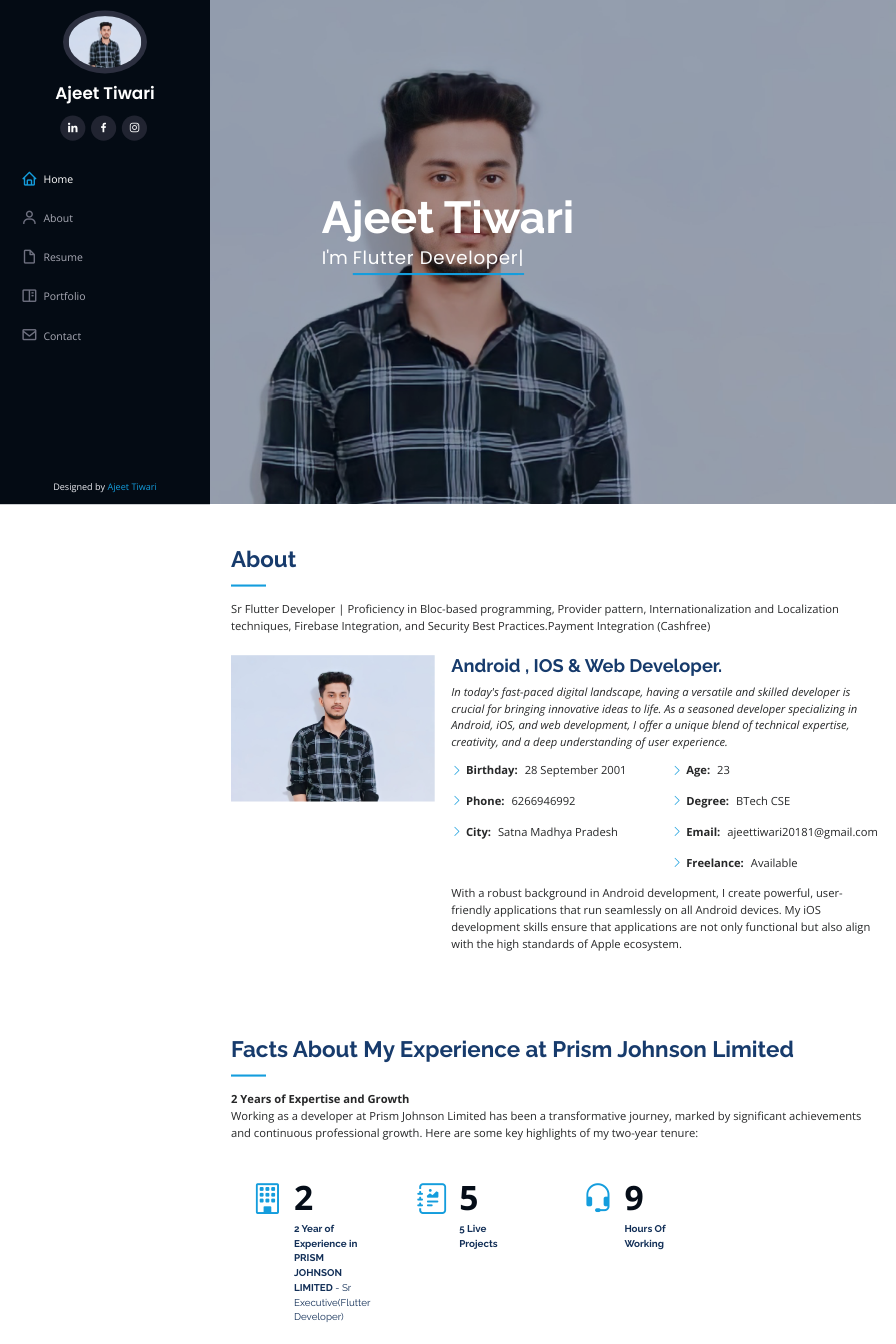
Repository: ajeettiwari-2809/iPortfolio
Page: index.html
These files come from the project's save history. The page is drawn as it stood at one moment and after the next save; the edit follows.
The browser window is 1280 px wide. The pictures show the part of the page from y = 0 to 1920 px (the page is 5395 px tall), at 70% of full size.
A picture or video elsewhere on the page could not be fetched, so the positions and the page height are approximate. Backgrounds fixed to the window are drawn as part of the page.

Above is the page before, as saved 2024-06-05 15:25:12.

### index.html
<!DOCTYPE html>
<html lang="en">

<head>
  <meta charset="utf-8">
  <meta content="width=device-width, initial-scale=1.0" name="viewport">

  <title>myportfolio</title>
  <meta content="" name="description">
  <meta content="" name="keywords">

  <!-- Favicons -->


  <!-- Google Fonts -->
  <link href="https://fonts.googleapis.com/css?family=Open+Sans:300,300i,400,400i,600,600i,700,700i|Raleway:300,300i,400,400i,500,500i,600,600i,700,700i|Poppins:300,300i,400,400i,500,500i,600,600i,700,700i" rel="stylesheet">

  <!-- Vendor CSS Files -->
  <link href="assets/vendor/aos/aos.css" rel="stylesheet">
  <link href="assets/vendor/bootstrap/css/bootstrap.min.css" rel="stylesheet">
  <link href="assets/vendor/bootstrap-icons/bootstrap-icons.css" rel="stylesheet">
  <link href="assets/vendor/boxicons/css/boxicons.min.css" rel="stylesheet">
  <link href="assets/vendor/glightbox/css/glightbox.min.css" rel="stylesheet">
  <link href="assets/vendor/swiper/swiper-bundle.min.css" rel="stylesheet">

  <!-- Template Main CSS File -->
  <link href="assets/css/style.css" rel="stylesheet">

  <!-- =======================================================
  * Template Name: iPortfolio
  * Template URL: https://bootstrapmade.com/iportfolio-bootstrap-portfolio-websites-template/
  * Updated: Mar 17 2024 with Bootstrap v5.3.3
  * Author: BootstrapMade.com
  * License: https://bootstrapmade.com/license/
  ======================================================== -->
</head>

<body>

  <!-- ======= Mobile nav toggle button ======= -->
  <i class="bi bi-list mobile-nav-toggle d-xl-none"></i>

  <!-- ======= Header ======= -->
  <header id="header">
    <div class="d-flex flex-column">

      <div class="profile">
        <img src="assets/img/ajeetimage.png" alt="" class="img-fluid rounded-circle">
        <h1 class="text-light"><a href="index.html">Ajeet Tiwari</a></h1>
        <div class="social-links mt-3 text-center">
          <a href="https://www.linkedin.com/in/ajeet-tiwari-01905920b?utm_source=share&utm_campaign=share_via&utm_content=profile&utm_medium=ios_app" class="linkedin"><i class="bx bxl-linkedin"></i></a>
          <a href="https://www.facebook.com/share/cY1Q29HqS226Du95/?mibextid=LQQJ4d" class="facebook"><i class="bx bxl-facebook"></i></a>
          <a href="https://www.instagram.com/ajeettiwari____?igsh=a3J4eXc4cG4yYWhu&utm_source=qr" class="instagram"><i class="bx bxl-instagram"></i></a>




        </div>
      </div>

      <nav id="navbar" class="nav-menu navbar">
        <ul>
          <li><a href="#hero" class="nav-link scrollto active"><i class="bx bx-home"></i> <span>Home</span></a></li>
          <li><a href="#about" class="nav-link scrollto"><i class="bx bx-user"></i> <span>About</span></a></li>
          <li><a href="#resume" class="nav-link scrollto"><i class="bx bx-file-blank"></i> <span>Resume</span></a></li>
          <li><a href="#portfolio" class="nav-link scrollto"><i class="bx bx-book-content"></i> <span>Portfolio</span></a></li>
          <!-- <li><a href="#services" class="nav-link scrollto"><i class="bx bx-server"></i> <span>Services</span></a></li> -->
          <li><a href="#contact" class="nav-link scrollto"><i class="bx bx-envelope"></i> <span>Contact</span></a></li>
        </ul>
      </nav><!-- .nav-menu -->
    </div>
  </header><!-- End Header -->

  <!-- ======= Hero Section ======= -->
  <section id="hero" class="d-flex flex-column justify-content-center align-items-center" style="background-image: url(assets/img/ajeetimage.png);">
    <div class="hero-container" data-aos="fade-in">
      <h1>Ajeet Tiwari</h1>
      <p>I'm <span class="typed" data-typed-items="Sr. Executive, Flutter Developer, Freelancer, Web Developer"></span></p>
    </div>


  </section><!-- End Hero -->

  <main id="main">

    <!-- ======= About Section ======= -->
    <section id="about" class="about">
      <div class="container">

        <div class="section-title">
          <h2>About</h2>
          <p>Sr Flutter Developer | Proficiency in Bloc-based programming, Provider pattern, Internationalization and Localization techniques, Firebase Integration, and Security Best Practices.Payment Integration (Cashfree)</p>
        </div>

        <div class="row">
          <div class="col-lg-4" data-aos="fade-right">
            <img src="assets/img/ajeetimage.png" class="img-fluid" alt="">
          </div>
          <div class="col-lg-8 pt-4 pt-lg-0 content" data-aos="fade-left">
            <h3>Android , IOS &amp; Web Developer.</h3>
            <p class="fst-italic">
              In today's fast-paced digital landscape, having a versatile and skilled developer is crucial for bringing innovative ideas to life. As a seasoned developer specializing in Android, iOS, and web development, I offer a unique blend of technical expertise, creativity, and a deep understanding of user experience.
            </p>
            <div class="row">
              <div class="col-lg-6">
                <ul>
                  <li><i class="bi bi-chevron-right"></i> <strong>Birthday:</strong> <span>28 September 2001</span></li>

                  <li><i class="bi bi-chevron-right"></i> <strong>Phone:</strong> <span>6266946992</span></li>
                  <li><i class="bi bi-chevron-right"></i> <strong>City:</strong> <span>Satna Madhya Pradesh</span></li>
                </ul>
              </div>
              <div class="col-lg-6">
                <ul>
                  <li><i class="bi bi-chevron-right"></i> <strong>Age:</strong> <span>23</span></li>
                  <li><i class="bi bi-chevron-right"></i> <strong>Degree:</strong> <span>BTech CSE</span></li>
                  <li><i class="bi bi-chevron-right"></i> <strong>Email:</strong> <span>ajeettiwari20181@gmail.com</span></li>
                  <li><i class="bi bi-chevron-right"></i> <strong>Freelance:</strong> <span>Available</span></li>
                </ul>
              </div>
            </div>
            <p>
              With a robust background in Android development, I create powerful, user-friendly applications that run seamlessly on all Android devices.

            My iOS development skills ensure that applications are not only functional but also align with the high standards of Apple ecosystem.
            </p>
          </div>
        </div>

      </div>
    </section><!-- End About Section -->

    <!-- ======= Facts Section ======= -->
    <section id="facts" class="facts">
      <div class="container">

        <div class="section-title">
          <h2>Facts About My Experience at Prism Johnson Limited
          </h2>
          <b>2 Years of Expertise and Growth</b>
          <p>Working as a developer at Prism Johnson Limited has been a transformative journey, marked by significant achievements and continuous professional growth. Here are some key highlights of my two-year tenure:</p>
        </div>

        <div class="row no-gutters">

          <div class="col-lg-3 col-md-6 d-md-flex align-items-md-stretch" data-aos="fade-up">
            <div class="count-box">
              <i class="bi bi-building"></i>
 <span data-purecounter-start="0" data-purecounter-end="2 " data-purecounter-duration="1" class="purecounter"></span>
              <p><strong>2 Year of Experience in PRISM JOHNSON LIMITED</strong>  - Sr Executive(Flutter Developer)</p>
            </div>
          </div>

          <div class="col-lg-3 col-md-6 d-md-flex align-items-md-stretch" data-aos="fade-up" data-aos-delay="100">
            <div class="count-box">
              <i class="bi bi-journal-richtext"></i>
              <span data-purecounter-start="0" data-purecounter-end="5" data-purecounter-duration="1" class="purecounter"></span>
              <p><strong>5 Live  Projects</strong></p>
            </div>
          </div>

          <div class="col-lg-3 col-md-6 d-md-flex align-items-md-stretch" data-aos="fade-up" data-aos-delay="200">
            <div class="count-box">
              <i class="bi bi-headset"></i>
              <span data-purecounter-start="0" data-purecounter-end="9" data-purecounter-duration="1" class="purecounter"></span>
              <p><strong>Hours Of Working</strong> </p>
            </div>
          </div>



        </div>

      </div>
    </section><!-- End Facts Section -->

    <!-- ======= Skills Section ======= -->
    <section id="skills" class="skills section-bg">
      <div class="container">

        <div class="section-title">
          <h2>Comprehensive Skill Set: Your Go-To Developer for Android, iOS, and Web Solutions</h2>
          <b>Mastering the Art of Development</b>
          <p>In the dynamic field of technology, having a diverse and robust skill set is essential to stay ahead of the curve. With a solid foundation and continuous learning, I have developed a comprehensive range of skills across Android, iOS, and web development. Here’s a detailed look at my key competencies:</p>
        </div>

        <div class="row skills-content">

          <div class="col-lg-6" data-aos="fade-up">

            <div class="progress">
              <span class="skill">FLUTTER & DART   <i class="val">100%</i></span>
              <div class="progress-bar-wrap">
                <div class="progress-bar" role="progressbar" aria-valuenow="100" aria-valuemin="0" aria-valuemax="100"></div>
              </div>
            </div>

            <div class="progress">
              <span class="skill">HTML & CSS <i class="val">95%</i></span>
              <div class="progress-bar-wrap">
                <div class="progress-bar" role="progressbar" aria-valuenow="90" aria-valuemin="0" aria-valuemax="100"></div>
              </div>
            </div>

            <div class="progress">
              <span class="skill">Java<i class="val">70%</i></span>
              <div class="progress-bar-wrap">
                <div class="progress-bar" role="progressbar" aria-valuenow="75" aria-valuemin="0" aria-valuemax="100"></div>
              </div>
            </div>

          </div>

          <div class="col-lg-6" data-aos="fade-up" data-aos-delay="100">

            <div class="progress">
              <span class="skill">ANGULAR <i class="val">90%</i></span>
              <div class="progress-bar-wrap">
                <div class="progress-bar" role="progressbar" aria-valuenow="80" aria-valuemin="0" aria-valuemax="100"></div>
              </div>
            </div>

            <div class="progress">
              <span class="skill">DATA STRUCTURE & ALGORITHAM<i class="val">50%</i></span>
              <div class="progress-bar-wrap">
                <div class="progress-bar" role="progressbar" aria-valuenow="90" aria-valuemin="0" aria-valuemax="100"></div>
              </div>
            </div>



          </div>

        </div>

      </div>
    </section><!-- End Skills Section -->

   <!-- REsume section -->

    <section id="resume" class="resume">
      <div class="container">

        <div class="section-title">
          <h2>Resume</h2>
          <p>Versatile Android, iOS, and Web Developer with Proven Track Record in Delivering High-Quality Projects On Time.</p>
        </div>

        <div class="row">
          <div class="col-lg-12" data-aos="fade-up">
            <iframe src="assets/resume.pdf" width="100%" height="600px" style="border: none;"></iframe>
          </div>
        </div>

      </div>
    </section>


    <!-- ======= Portfolio Section ======= -->
    <section id="portfolio" class="portfolio section-bg">
      <div class="container">

        <div class="section-title">
          <h2>My Portfolio: Showcasing Innovation and Excellence in Android, iOS, and Web Development</h2>
          <p>As a dedicated developer with a passion for creating seamless and impactful digital experiences, my portfolio is a testament to my skills, creativity, and commitment to excellence. Here, you'll find a selection of my most significant projects, each highlighting my expertise in Android, iOS, and web development.</p>
        </div>

        <div class="row" data-aos="fade-up">
          <div class="col-lg-12 d-flex justify-content-center">
            <ul id="portfolio-flters">
              <li data-filter="*" class="filter-active">All</li>
              <li data-filter=".filter-app">App</li>

              <li data-filter=".filter-web">Web</li>
            </ul>
          </div>
        </div>

        <div class="row portfolio-container" data-aos="fade-up" data-aos-delay="100">

          <div class="col-lg-4 col-md-6 portfolio-item filter-app">
            <div class="portfolio-wrap"  style="height: 300px;">
              <img src="https://encrypted-tbn0.gstatic.com/images?q=tbn:ANd9GcQEhpZyL2tw1JmrYVNpmJJKZMkWOTEFITJp1g&s" class="img-fluid" alt="">
              <div class="portfolio-links">
                <a href="https://play.google.com/store/search?q=prism%20aspire&c=apps&hl=en-IN"  title="Prism Aspire"><i class="bx bxl-android"></i>
                </a>
                <a href="aspire.html" title="More Details"><i class="bx bx-link"></i></a>
              </div>
            </div>
          </div>

          <div class="col-lg-4 col-md-6 portfolio-item filter-app">
            <div class="portfolio-wrap"  style="height: 300px;">
              <img src="assets/img/insapp.png" class="img-fluid" alt="">
              <div class="portfolio-links">
                <a href="https://play.google.com/store/apps/details?id=com.seva.indica&hl=en-IN"  title="Indica Labs"><i class="bx bxl-android"></i>
                </a>
                <a href="" title="More Details"><i class="bx bx-link"></i></a>
              </div>
            </div>
          </div>

          <div class="col-lg-4 col-md-6 portfolio-item filter-web">
            <div class="portfolio-wrap">
              <img src="assets/img/aspireweb.png" class="img-fluid" alt="">
              <div class="portfolio-links">
                <a href="https://aspire.prismcement.com/" title="Web 3"><i class="bx bx-plus"></i></a>
                <a href="aspireweb.html" title="More Details"><i class="bx bx-link"></i></a>
              </div>
            </div>
          </div>





          <div class="col-lg-4 col-md-6 portfolio-item filter-web">
            <div class="portfolio-wrap">
              <img src="assets/img/aspireweb1.png"class="img-fluid" alt="">
              <div class="portfolio-links">
                <a href="https://asms.prismcement.com/" title="Web 2"><i class="bx bx-plus"></i></a>
                <a href="asms.html" title="More Details"><i class="bx bx-link"></i></a>
              </div>
            </div>
          </div>







          <div class="col-lg-4 col-md-6 portfolio-item filter-web">
            <div class="portfolio-wrap">
              <img src="assets/img/indweb.png" class="img-fluid" alt="">
              <div class="portfolio-links">
                <a href="https://www.indicalabs.in/"  title="Web 3"><i class="bx bx-plus"></i></a>
                <a href="" title="More Details"><i class="bx bx-link"></i></a>
              </div>
            </div>
          </div>

        </div>

      </div>
    </section><!-- End Portfolio Section -->

    <!-- ======= Services Section ======= -->

    <!-- ======= Testimonials Section ======= -->


    <!-- ======= Contact Section ======= -->
    <section id="contact" class="contact">
      <div class="container">

        <div class="section-title">
          <h2>Contact Details</h2>
          <p>Having clear and accessible contact details is essential for any business or organization. It facilitates communication between the business and its customers, partners, or any interested parties.</p>
        </div>

        <div class="row" data-aos="fade-in">

          <div class="col-lg-5 d-flex align-items-stretch">
            <div class="info">
              <div class="address">
                <i class="bi bi-geo-alt"></i>
                <h4>Location:</h4>
                <p>SATNA MADHYA PRADESH , north pateri (near VITS Collage)</p>
              </div>

              <div class="email">
                <i class="bi bi-envelope"></i>
                <h4>Email:</h4>
                <p>ajeettiwari20181@gmail.com</p>
              </div>

              <div class="phone">
                <i class="bi bi-phone"></i>
                <h4>Call:</h4>
                <p>6266946992</p>
              </div>

              <iframe
              src="https://www.google.com/maps/embed?pb=!1m18!1m12!1m3!1d3650.9641726063856!2d80.8057675!3d24.580446!2m3!1f0!2f0!3f0!3m2!1i1024!2i768!4f13.1!3m3!1m2!1s0x3983807ecde0a2d7%3A0x99a9d33eb61fc70d!2sNorth+Pateri%2C+Satna%2C+Madhya+Pradesh+485001!5e0!3m2!1sen!2sin!4v1624269371519!5m2!1sen!2sin"
              width="600"
              height="450"
              style="border:0;"
              allowfullscreen=""
              loading="lazy"
            ></iframe>
            </div>

          </div>



        </div>

      </div>
    </section><!-- End Contact Section -->

  </main><!-- End #main -->

  <!-- ======= Footer ======= -->
  <footer id="footer">
    <div class="container">

      <div class="credits">
        <!-- All the links in the footer should remain intact. -->
        <!-- You can delete the links only if you purchased the pro version. -->
        <!-- Licensing information: https://bootstrapmade.com/license/ -->
        <!-- Purchase the pro version with working PHP/AJAX contact form: https://bootstrapmade.com/iportfolio-bootstrap-portfolio-websites-template/ -->
        Designed by <a href="">Ajeet Tiwari</a>
      </div>
    </div>
  </footer><!-- End  Footer -->

  <a href="#" class="back-to-top d-flex align-items-center justify-content-center"><i class="bi bi-arrow-up-short"></i></a>

  <!-- Vendor JS Files -->
  <script src="assets/vendor/purecounter/purecounter_vanilla.js"></script>
  <script src="assets/vendor/aos/aos.js"></script>
  <script src="assets/vendor/bootstrap/js/bootstrap.bundle.min.js"></script>
  <script src="assets/vendor/glightbox/js/glightbox.min.js"></script>
  <script src="assets/vendor/isotope-layout/isotope.pkgd.min.js"></script>
  <script src="assets/vendor/swiper/swiper-bundle.min.js"></script>
  <script src="assets/vendor/typed.js/typed.umd.js"></script>
  <script src="assets/vendor/waypoints/noframework.waypoints.js"></script>
  <script src="assets/vendor/php-email-form/validate.js"></script>

  <!-- Template Main JS File -->
  <script src="assets/js/main.js"></script>

</body>

</html>

Loaded but not shown: assets/vendor/aos/aos.css (library); assets/vendor/bootstrap/css/bootstrap.min.css (library); assets/vendor/bootstrap-icons/bootstrap-icons.css (library); assets/vendor/boxicons/css/boxicons.min.css (library); assets/vendor/glightbox/css/glightbox.min.css (library); assets/vendor/swiper/swiper-bundle.min.css (library); assets/vendor/purecounter/purecounter_vanilla.js (library); assets/vendor/aos/aos.js (library); assets/vendor/bootstrap/js/bootstrap.bundle.min.js (library); assets/vendor/glightbox/js/glightbox.min.js (library); assets/vendor/isotope-layout/isotope.pkgd.min.js (library); assets/vendor/swiper/swiper-bundle.min.js (library); assets/vendor/typed.js/typed.umd.js (library); assets/vendor/waypoints/noframework.waypoints.js (library); assets/vendor/php-email-form/validate.js (common file); assets/js/main.js (263 lines, source omitted); assets/css/style.css (1106 lines, source omitted)

After the next save:
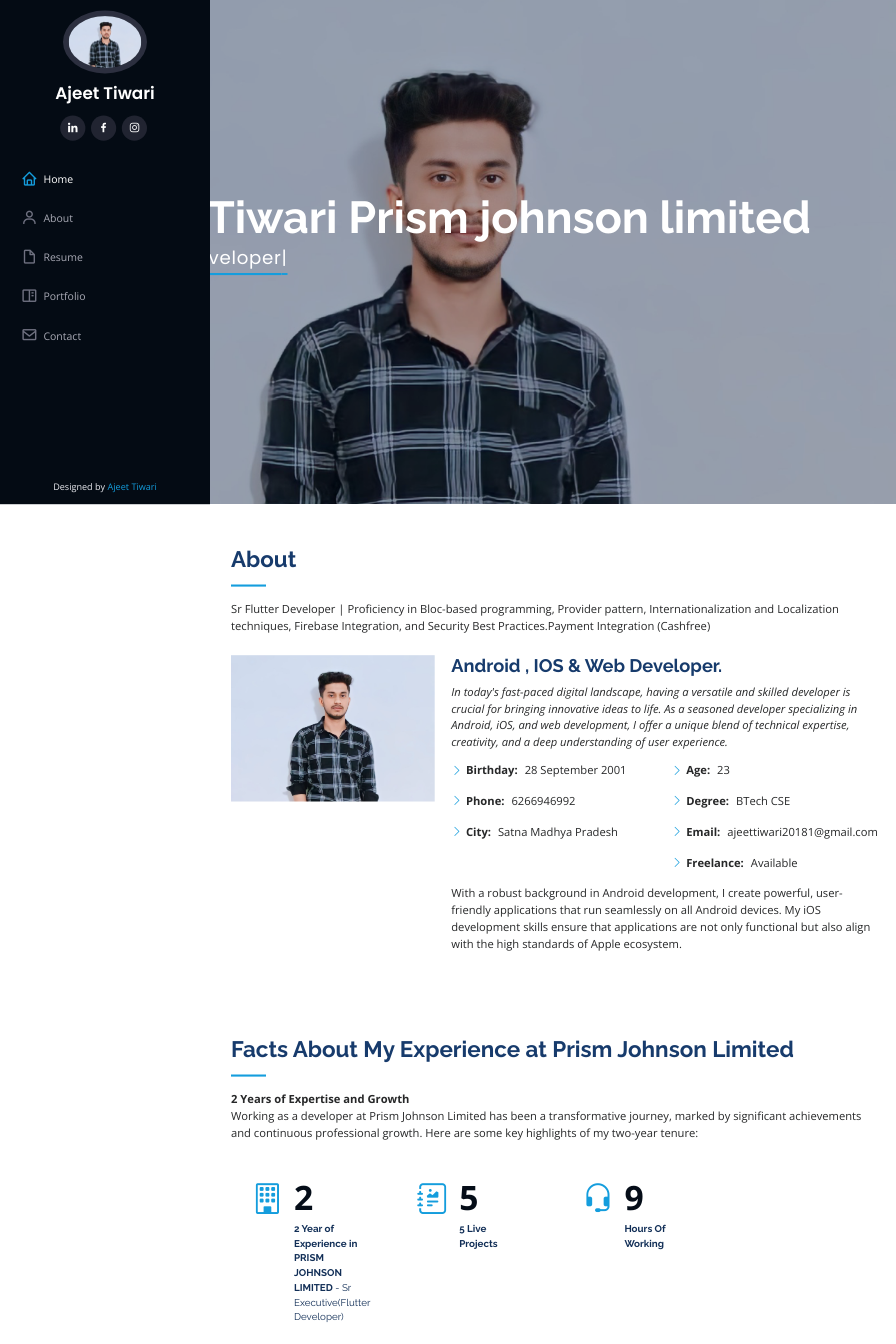
Saved 64 s later.
--- a/index.html
+++ b/index.html
@@ -74,7 +74,7 @@
   <!-- ======= Hero Section ======= -->
   <section id="hero" class="d-flex flex-column justify-content-center align-items-center" style="background-image: url(assets/img/ajeetimage.png);">
     <div class="hero-container" data-aos="fade-in">
-      <h1>Ajeet Tiwari</h1>
+      <h1>Ajeet Tiwari <span>Prism johnson limited</span></h1>
       <p>I'm <span class="typed" data-typed-items="Sr. Executive, Flutter Developer, Freelancer, Web Developer"></span></p>
     </div>
 
